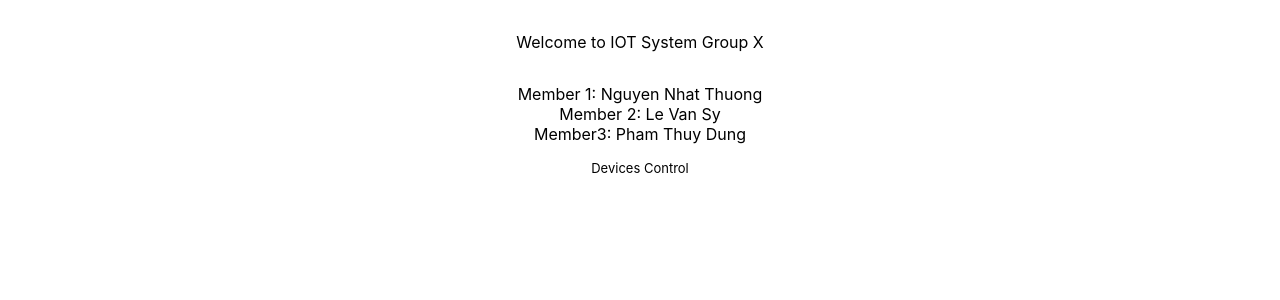
Repository: ngnhthuong/IOT_LAB
Page: /
An editor plug-in stored every save of this project. The page is shown before and after the next save, followed by the edit.
The browser window is 1280 px wide. The pictures show the whole page.
The project was rebuilt for these pictures with package versions that can differ from the ones it lists, and the page was loaded fresh each time.

Above is the page before, as saved 2024-04-23 14:41:15.

After the next save:
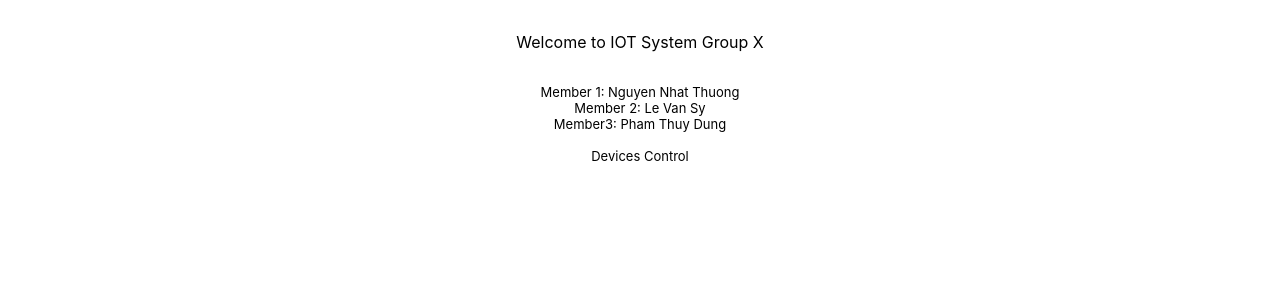
Saved 6 s later.
--- a/src/App.css
+++ b/src/App.css
@@ -23,6 +23,7 @@
   display: flex;
   flex-direction: column;
   /* width: 250px; */
+  font-size: 13px;
   align-items: center;
   padding-bottom: 1rem;
 }
